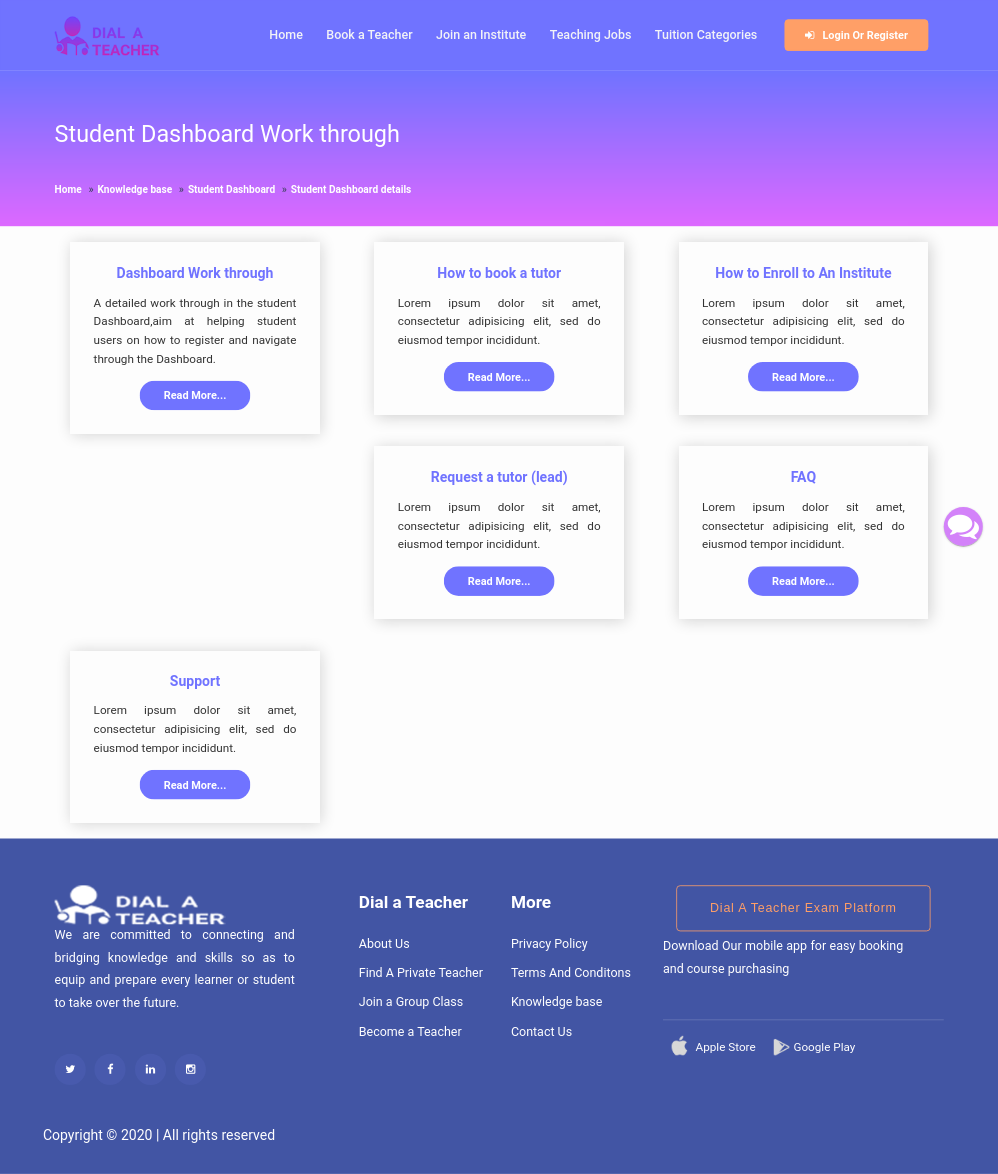
Repository: Samkiroko/DAT_knowledge
Page: stdashboard.html
An editor plug-in stored every save of this project. The page is shown before and after the next save, followed by the edit.
The browser window is 1280 px wide. The pictures show the whole page, at 78% of full size.

Above is the page before, as saved 2020-12-15 12:34:28.
Console error: TypeError: e.indexOf is not a function

After the next save:
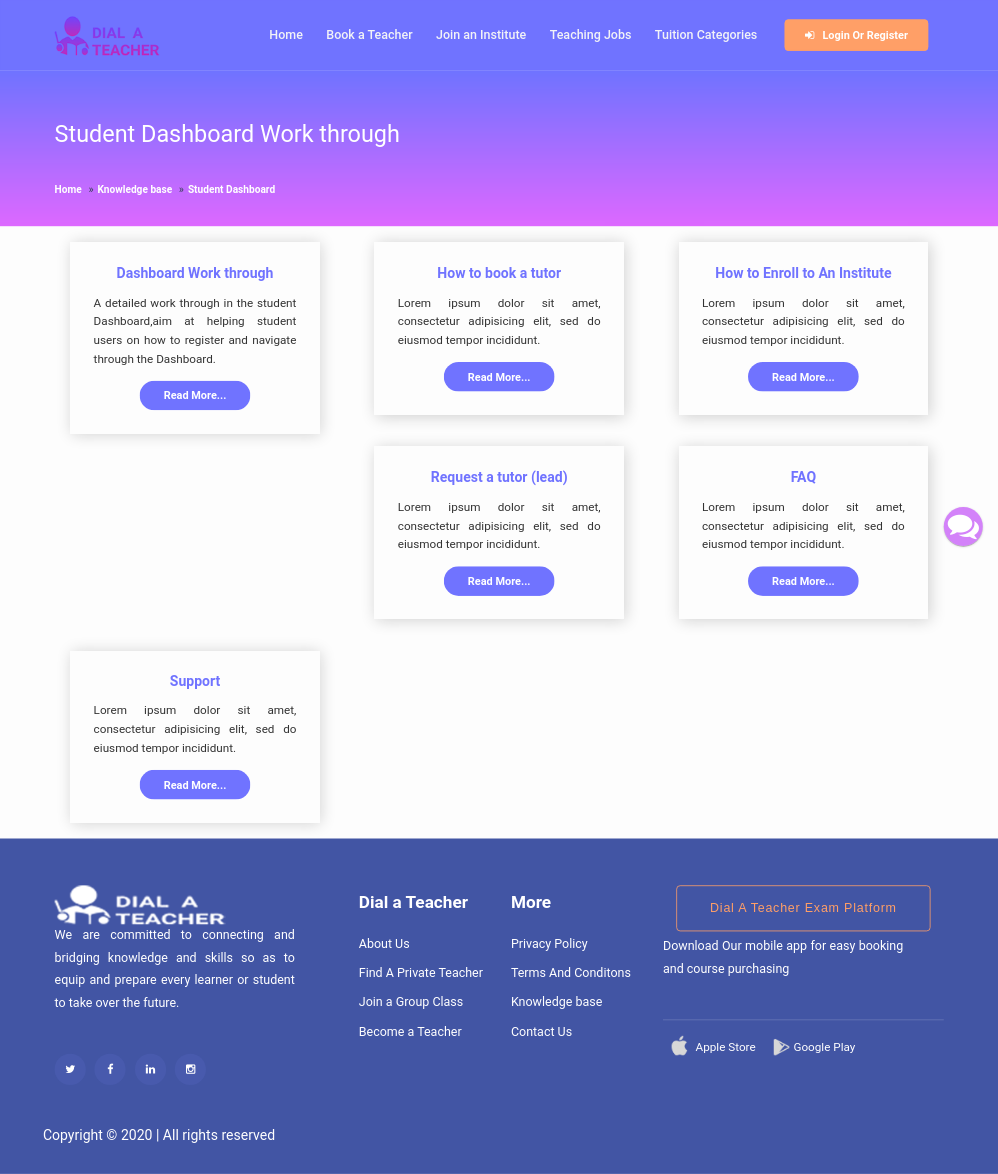
Saved 29 s later.
--- a/stdashboard.html
+++ b/stdashboard.html
@@ -109,9 +109,6 @@
                       </li>
                       <li class="breadcrumb-item"><a href="faqs.html" class="text-white">Knowledge base</a></li>
                       <li class="breadcrumb-item"><a href="/stdashboard.html" class="text-white">Student Dashboard</a>
-                      </li>
-                      <li class="breadcrumb-item"><a href="/details_st_db.html" class="text-white">Student Dashboard
-                          details</a>
                       </li>
                     </ol>
                   </nav>
